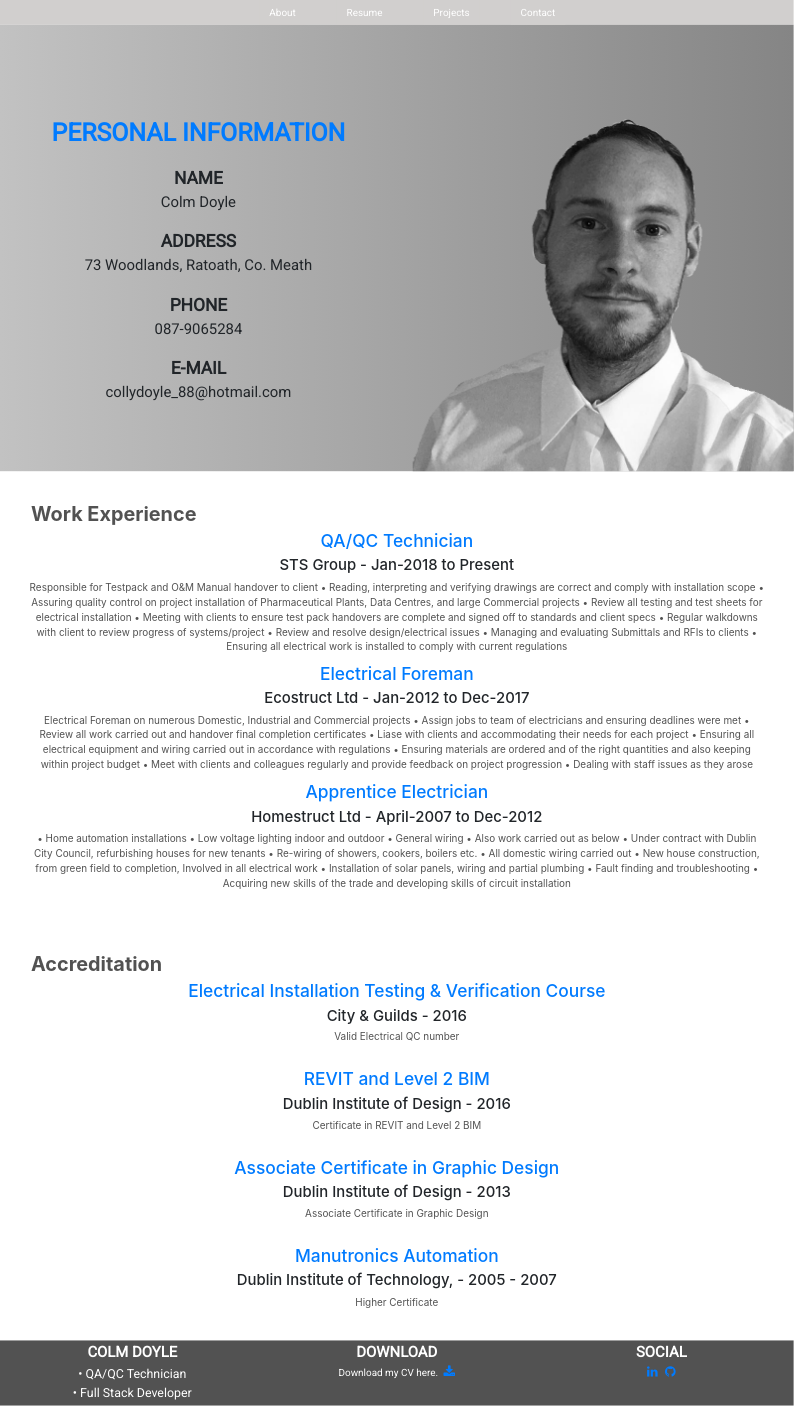
Repository: Code-Institute-Submissions/collyd21-milestone1
Page: resume.html
The author's editor kept a record of every edit. The page is drawn from the files as they stood at one moment, then again after the next edit.
The browser window is 1280 px wide. The pictures show the whole page, at 62% of full size.
Some web libraries are served in a nearby version.

Above is the page before.

After the next edit:
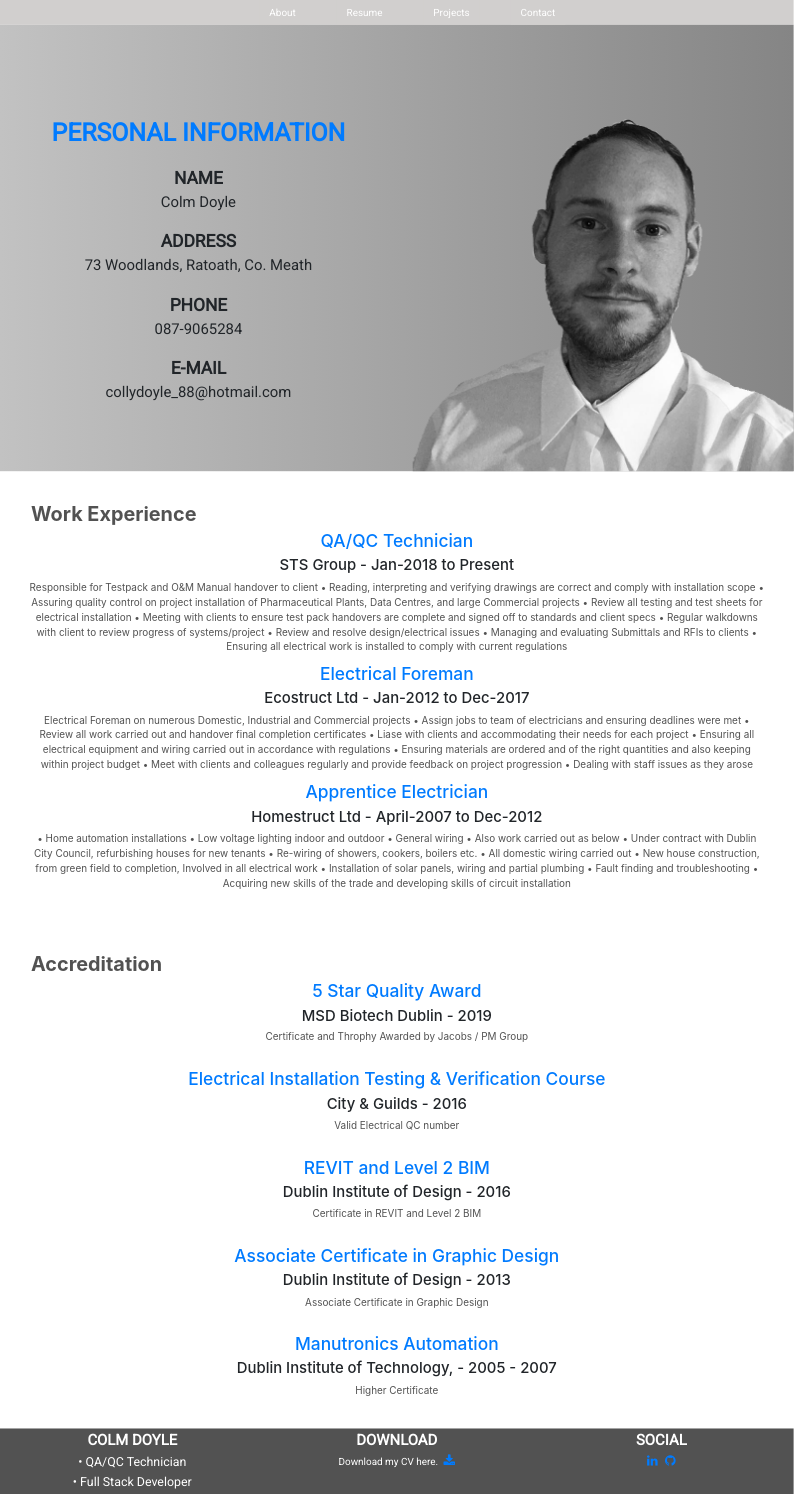
The edit:
--- a/resume.html
+++ b/resume.html
@@ -84,11 +84,17 @@
             </div>
     </section>
 
-     <!------------------------------------------Accreditation-------------------------------------->
+    <!------------------------------------------Accreditation-------------------------------------->
 
     <section class="container-fluid accreditation">
         <div class="row">
             <h2 class="top-margin">Accreditation</h2>
+            <div class="col-12 resume">
+                <h3>5 Star Quality Award</h3>
+                <h4>MSD Biotech Dublin - 2019</h4>
+                <p>Certificate and Throphy Awarded by Jacobs / PM Group</p>
+                <br>
+            </div>
             <div class="col-12 resume">
                 <h3>Electrical Installation Testing & Verification Course</h3>
                 <h4>City & Guilds - 2016</h4>
